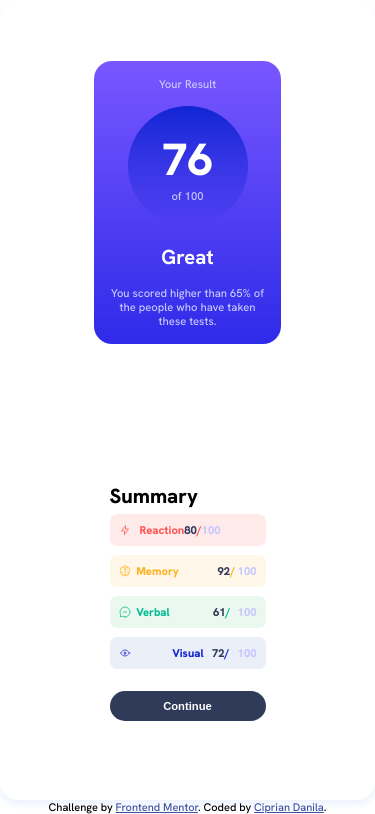
Repository: cipdanila/results-summary-component
Page: index.html
These files come from the project's save history. The page is drawn as it stood at one moment and after the next save; the edit follows.
The browser window is 375 px wide. The pictures show the whole page.

Above is the page before, as saved 2024-02-05 20:21:51.

After the next save:
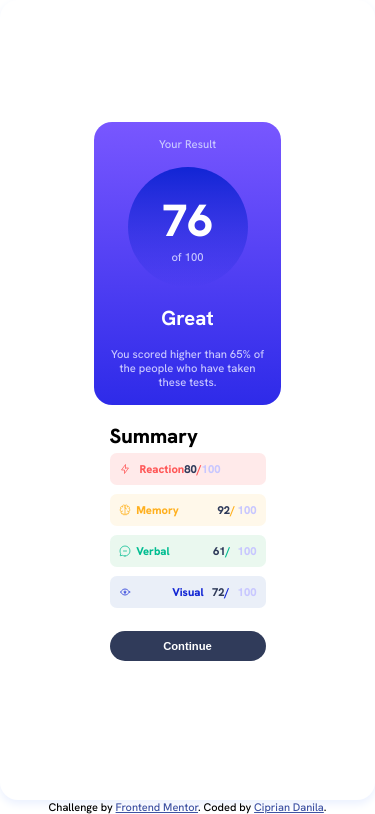
Saved 46 s later.
--- a/styles.css
+++ b/styles.css
@@ -212,7 +212,7 @@
 @media(max-width:375px) {
     .card {
         min-height: 100vh;
-        display: grid;
-        place-items: center;
+        display: flex;
+        flex-direction: column;
     }
 }
